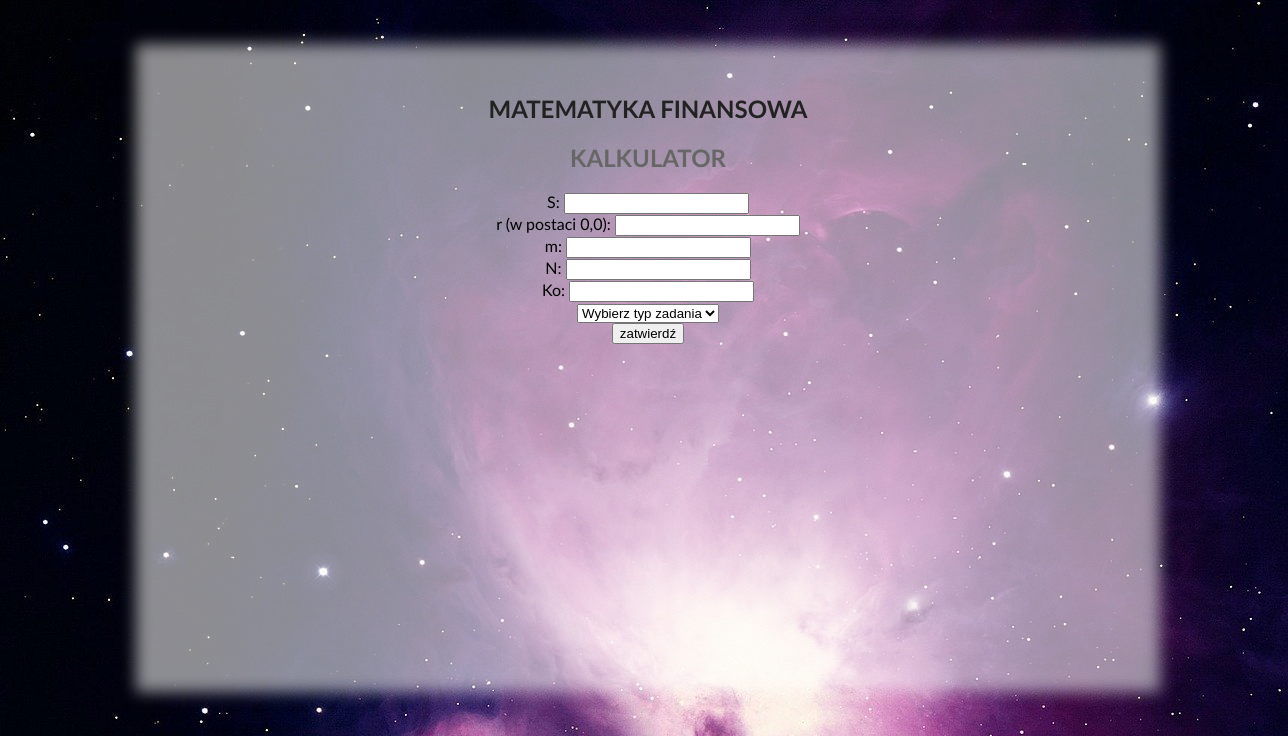
Repository: ravkita/MFCalc
Page: index.html
The author's editor kept a copy of each file at every save. The page is drawn from the files as they stood at one save, then again after the next save.
The browser window is 1280 px wide. The page is 1288 px wide, so the pictures cover 1288 px, including what lies to the right of the window. The pictures show the whole page.

Above is the page before, as saved 2021-04-12 19:33:47.

### index.html
<!DOCTYPE html>
<html lang="en">
<head>
    <meta charset="UTF-8">
    <meta http-equiv="X-UA-Compatible" content="IE=edge">
    <meta name="viewport" content="width=device-width, initial-scale=1.0">
    <title>Kalkulator</title>

    <style type="text/css">
        body{
            font-family: 'Gill Sans', 'Gill Sans MT', Calibri, 'Trebuchet MS', sans-serif;
            background-image: url('bg.jpg');
            width: 100vw;
            height: 100vh;
            overflow: hidden;
            display: flex;
            justify-content: center;
            align-items: center;
        }
        .popout{
            width: 80%;
            height: 90vh;
            position: relative;
        }
        .popout .bg{
            width: 100%;
            height: 100%;
            background: rgba(255, 255, 255, 0.55);
            filter: blur(7.5px);
            position: absolute;
            top: 0;
            left: 0;
            z-index: -1;
        }
        .header{
            width: 100%;
            display: flex;
            flex-direction: column;
            justify-content: center;
            align-items: center;
        }
        .title{
            color: #222;
            margin-top: 50px;
            margin-bottom: 10px;
        }
        .subtitle{
            margin-top: 10px;
            color: #666666;
        }

        #form{
            display: flex;
            flex-direction: column;
            justify-content: center;
            align-items: center;
        }
    </style>
</head>
<body>
    <section class="popout">
        <div class="bg"></div>
        <header class="header">
            <h1 class="title">MATEMATYKA FINANSOWA</h1>
        <h2 class="subtitle">KALKULATOR</h2>
        </header>
        <form action="" id="form">
            <div class="formItem"><label for="S">S:</label> <input type="number" name="S" class="s"></div>
            <div class="formItem"><label for="r">r (w postaci 0,0):</label> <input type="number" name="r" class="r"></div>
            <div class="formItem"><label for="m">m:</label> <input type="number" name="m" class="m"></div>
            <div class="formItem"><label for="N">N:</label> <input type="number" name="N" class="N"></div>
            <div class="formItem"><label for="Ko">Ko:</label> <input type="number" name="Ko" class="Ko"></div>
            <div class="formItem">
                <select name="type" id="typ">
                <option default>Wybierz typ zadania</option>
                <option value="1">zmienna rata</option>
                <option value="2">zmienne płatności</option>
                <option value="3">narastanie kapitału</option>
            </select>
        </div>
            <input type="button" name="confirm" id="confirm" value="zatwierdź">
        </form>
        <div class="result">

        </div>
    </section>
    <script type="text/javascript">
        let s;
        let r;
        let m;
        let N;
        let q;
        let a;
        let Ko;
        let Sn = [];

        // RATY


        function rataStała(){
            const el = document.createElement("p");
            let t = s/(m*N);
            el.innerText = `T: ${t}`;
            document.querySelector('.result').appendChild(el);
        }
        function rataZmienna(){
            let tn = [];
            let sumaTn = 0;
                for(let i = 1; i<=N*m; i++){
                    const el = document.createElement("p");
                    tn[i-1] = s*((Math.pow(q, i) - Math.pow(q, i-1))/(Math.pow(q, m*N) - 1));
                    sumaTn += tn[i-1];
                    el.innerText = `T${i}: ${tn[i-1]}`;
                    document.querySelector('.result').appendChild(el);
                }
                const suma = document.createElement("p");
            suma.innerText = `Suma rat: ${sumaTn}`;
            document.querySelector('.result').appendChild(suma);
        }

        //KWOTA PŁATNOŚCI

        function kwotaPlatnosciStala(){
            const el = document.createElement("p");
            a = s*Math.pow(q, m*N)*((q-1)/(Math.pow(q, m*N)-1));
            el.innerText = `A: ${a}`;
            document.querySelector('.result').appendChild(el);
        }
        function kwotaPlatnosciZmienna(){
            for(let i = 1; i<=N*m; i++){
                const el = document.createElement("p");
                let an = (s/(N*m))*[1+((N*m)-i+1)*(r/m)];
                el.innerText = `A${i}: ${an}`;
                document.querySelector('.result').appendChild(el);
            }
        }

        // ODSETKI
        function odsetkiPrzyStalejRacie(){
            let sumaOs = 0;
            for(let i = 1; i<=N*m; i++){
                const el = document.createElement("p");
                let On = s*[1-((i-1)/(N*m))]*(r/m);
                sumaOs += On;
                el.innerText = `O${i}: ${On}`;
                document.querySelector('.result').appendChild(el);
            }
            const suma = document.createElement("p");
            suma.innerText = `Suma odsetek: ${sumaOs}`;
            document.querySelector('.result').appendChild(suma);
        }

        function odsetkiPrzyStalejKwocie(){
            saldoPrzyStałejKwocie();
            let On
            let sumaO = 0;
            for(let i = 1; i<=N*m; i++){
                const el = document.createElement("p");
                if(i === 1){
                     On = s*(r/m);
                     sumaO += On;
                }else{
                     On = Sn[i-2]*(r/m);
                     sumaO += On;
                }

                el.innerText = `O${i}: ${On}`;
                document.querySelector('.result').appendChild(el);
            }
            const suma = document.createElement("p");
            suma.innerText = `Suma odsetek: ${sumaO}`;
            document.querySelector('.result').appendChild(suma);
        }


        //SALDO
        function saldoPrzyStałejKwocie(){
            kwotaPlatnosciStala();
            for(let i = 1; i<=N*m; i++){
                const el = document.createElement("p");
                Sn[i-1] = s*(Math.pow((1+(r/m)), i)) - a*((Math.pow((1+(r/m)), i)-1)/((1+(r/m))-1));
                el.innerText = `S${i}: ${Sn[i-1]}`;
                document.querySelector('.result').appendChild(el);
            }
        }

        function saldoPrzyStałejRacie(){
            for(let i = 1; i<=N*m; i++){
                const el = document.createElement("p");
                let SnS = s*(1-(i/(N*m)));
                el.innerText = `S${i}: ${SnS}`;
                document.querySelector('.result').appendChild(el);
            }
        }


        //NARASTANIE KAPITAŁU

        function narastanieKapitału(){
            for(let i = 1; i<=N; i++){
                const el = document.createElement("p");
                let Kn = Ko*(Math.pow((1+(r/m)), i*m));
                el.innerText = `K${i}: ${Kn}`;
                document.querySelector('.result').appendChild(el);
            }
        }



        function getData(){
            document.getElementById('confirm').addEventListener('click', (e) =>{
                s = document.querySelector('.s').value;
                r = document.querySelector('.r').value;
                m = document.querySelector('.m').value;
                N = document.querySelector('.N').value;
                Ko = document.querySelector('.Ko').value;
                q = 1+(r/m);
                let type = document.querySelector('#typ').value;
                document.querySelector('.result').innerHTML="";

                switch (type){
                    case "1":
                    rataZmienna();
                    kwotaPlatnosciStala();
                    odsetkiPrzyStalejKwocie()
                    break;
                    case "2":
                    rataStała();
                    kwotaPlatnosciZmienna();
                    odsetkiPrzyStalejRacie();
                    saldoPrzyStałejRacie();
                    break;
                    case "3":
                    narastanieKapitału();
                }
            });
        }
        getData();
    </script>
</body>
</html>

After the next save:
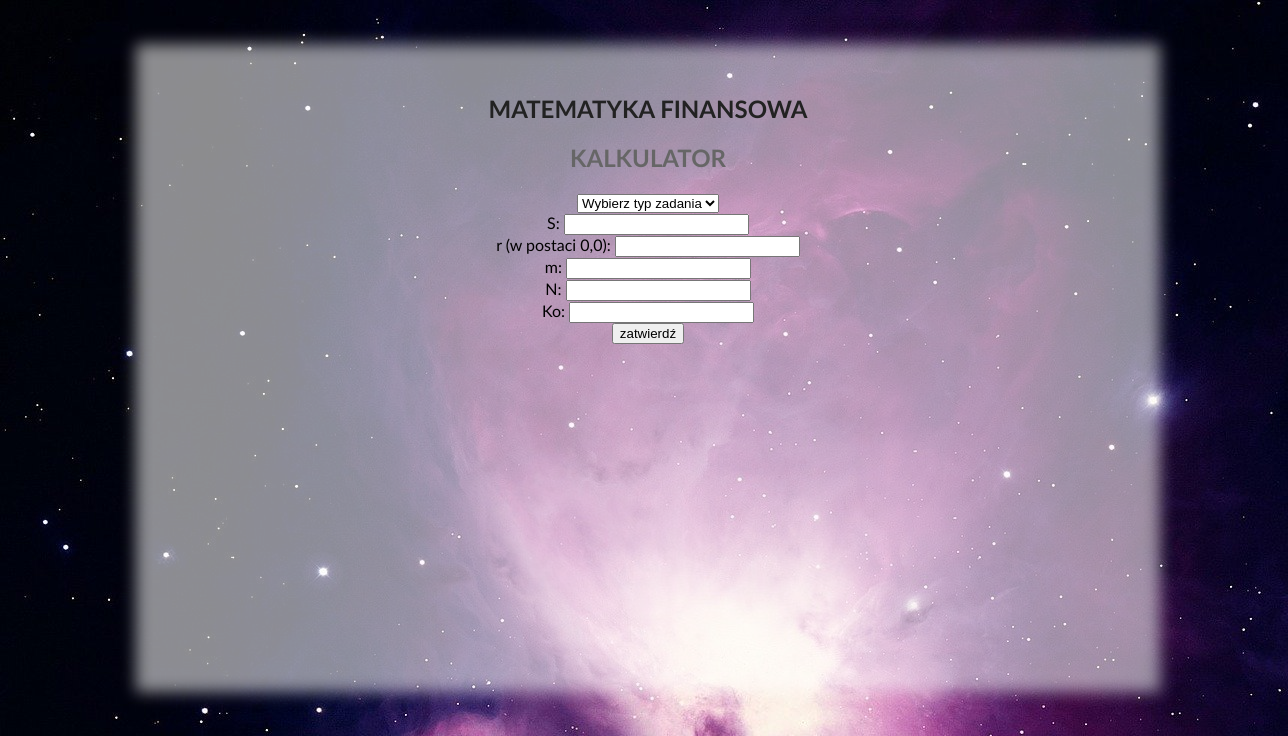
Saved 6 min 3 s later.
--- a/index.html
+++ b/index.html
@@ -65,11 +65,6 @@
         <h2 class="subtitle">KALKULATOR</h2>
         </header>
         <form action="" id="form">
-            <div class="formItem"><label for="S">S:</label> <input type="number" name="S" class="s"></div>
-            <div class="formItem"><label for="r">r (w postaci 0,0):</label> <input type="number" name="r" class="r"></div>
-            <div class="formItem"><label for="m">m:</label> <input type="number" name="m" class="m"></div>
-            <div class="formItem"><label for="N">N:</label> <input type="number" name="N" class="N"></div>
-            <div class="formItem"><label for="Ko">Ko:</label> <input type="number" name="Ko" class="Ko"></div>
             <div class="formItem">
                 <select name="type" id="typ">
                 <option default>Wybierz typ zadania</option>
@@ -77,7 +72,12 @@
                 <option value="2">zmienne płatności</option>
                 <option value="3">narastanie kapitału</option>
             </select>
-        </div>
+            </div>
+            <div class="formItem"><label for="S">S:</label> <input type="number" name="S" class="s"></div>
+            <div class="formItem"><label for="r">r (w postaci 0,0):</label> <input type="number" name="r" class="r"></div>
+            <div class="formItem"><label for="m">m:</label> <input type="number" name="m" class="m"></div>
+            <div class="formItem"><label for="N">N:</label> <input type="number" name="N" class="N"></div>
+            <div class="formItem"><label for="Ko">Ko:</label> <input type="number" name="Ko" class="Ko"></div>
             <input type="button" name="confirm" id="confirm" value="zatwierdź">
         </form>
         <div class="result">
